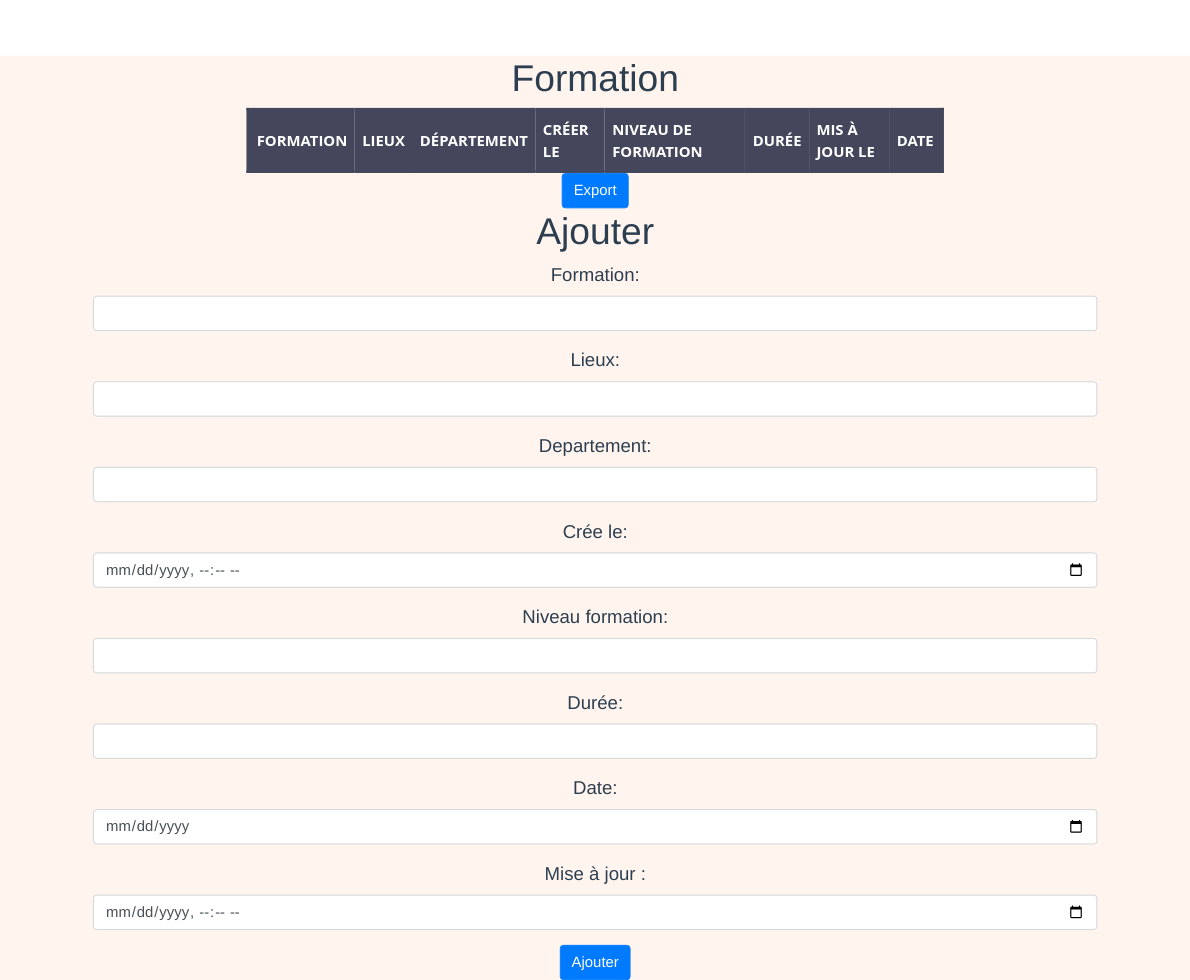
Repository: BaldeThierno1990/Projet-1-formation-tableau-generique-vue-export
Page: / (app in mcc/)
The author's editor kept a copy of each file at every save. The page is drawn from the files as they stood at one save, then again after the next save.
The browser window is 1280 px wide. The pictures show the whole page, at 93% of full size.
The page's requests for data from a server got no answer. The project was rebuilt for these pictures with package versions that can differ from the ones it lists, and the page was loaded fresh each time. No one was signed in, and anything a server would have sent is missing.

Above is the page before, as saved 2021-03-18 10:20:23.

### mcc/src/main.js
import Vue from 'vue'
import App from './App.vue'

import 'bootstrap';
import 'bootstrap/dist/css/bootstrap.min.css';

Vue.config.productionTip = false

new Vue({
  render: h => h(App),
}).$mount('#app')

### mcc/src/App.vue
<template>
  <div id="app">
    <Home></Home>
  </div>
</template>

<script>
import Home from "@/components/Home";

export default {
  name: 'App',
  components: {
    Home,
  }
}
</script>

<style>
#app {
  font-family: Avenir, Helvetica, Arial, sans-serif;
  -webkit-font-smoothing: antialiased;
  -moz-osx-font-smoothing: grayscale;
  text-align: center;
  color: #2c3e50;
  margin-top: 60px;
}
</style>

### mcc/src/components/Home.vue
<template>
    <div class="home">
        <h1>Formation</h1>
    <!-- <p v-for="formation in info" :key="formation">
        {{formation.Lieux}}
        {{formation.Departement}}
    </p> -->
<div style="margin:auto">
    <table id="firstTable">
  <thead>
    <tr>
      <th>Formation</th>
      <th>Lieux</th>
      <th>Département</th>
      <th>créer le </th>
      <th>Niveau de Formation</th>
      <th>Durée</th>
      <th>Mis à jour le</th>
      <th>Date</th>

    </tr>
  </thead>
  <tbody>
    <tr v-for="formation in info" :key="formation" >
      <td>{{formation.typeFormation}}</td>
      <td> {{formation.Lieux}}</td>
       <td> {{formation.Departement}}</td>
      <td>{{formation.createdAt}}</td>
       <td>{{formation.niveauFormation}}</td>
      <td>{{formation.dureeFormation}}</td>
       <td>{{formation.updateAt}}</td>
       <td>{{formation.Date}}</td>
    </tr>
  </tbody>
</table>
 <button type="button" id="btn" class="btn btn-primary" v-on:click="download">
      Export
    </button>
</div>
<Post-form></Post-form>
 </div>

</template>

<style scoped>
table {
  font-family: 'Open Sans', sans-serif;
  width: 750px;
  border-collapse: collapse;
  border: 3px solid #44475C;
  margin: auto;
}

table th {
  text-transform: uppercase;
  text-align: left;
  background: #44475C;
  color: #FFF;
  padding: 8px;
  min-width: 30px;
}

table td {
  text-align: left;
  padding: 8px;
  border-right: 2px solid #7D82A8;
}
table td:last-child {
  border-right: none;
}
table tbody tr:nth-child(2n) td {
  background: #D4D8F9;
}
.download-btn{
  background-color: lime;
  margin-top: 20px;
}
.home{
 background-color: seashell;
}
</style>
<script>
// import API from "@/services/api.js";
import axios from 'axios';
import XLSX from "xlsx";
import PostForm from '@/components/Post-form';
export default {
  components: {
      PostForm
  },
  data() {
    return {
       info: null,

    }
  },
   mounted () {
       var self = this;
    axios
      .get('http://localhost:8000/api/formations.json')
      .then(function (response){
          self.info = response.data
        //  console.log(response.data)

      })
  },
  methods: {
    download: function () {
      const data = XLSX.utils.json_to_sheet(this.info);
      const wb = XLSX.utils.book_new();
      XLSX.utils.book_append_sheet(wb, data, "data");
      XLSX.writeFile(wb, "formation.xlsx");
    },
  },

}
</script>

### mcc/src/components/Post-form.vue
<template>
    <div>
        <h1>Ajouter</h1>
        <div class="form">

        <form @submit.prevent="postData" method="post">
            <!-- <form v-on:submit.prevent="postData"> -->
            <div class="mb-3">
            <label for="mon_id">Formation:</label>
            <input type="text" name="type_formation" class="form-control"  v-model="posts.typeFormation">
            </div>
             <div class="mb-3">
            <label for="mon_id">Lieux:</label>
            <input type="text" name="lieux" class="form-control"  v-model="posts.Lieux">
             </div>
              <div class="mb-3">
            <label for="mon_id">Departement:</label>
            <input name="departement" class="form-control"   v-model.number="posts.Departement">
              </div>
               <div class="mb-3">
            <label for="mon_id">Crée le:</label>
            <input type="datetime-local" name="update_at" class="form-control"  v-model="posts.createdAt">
               </div>
                <div class="mb-3">
            <label for="mon_id">Niveau formation:</label>
            <input type="text" name="niveau_formation" class="form-control"  v-model="posts.niveauFormation">
                </div>
                 <div class="mb-3">
            <label for="mon_id">Durée:</label>
            <input name="durée_formation" class="form-control"  v-model.number="posts.dureeFormation">
                 </div>
                  <div class="mb-3">
            <label for="mon_id">Date:</label>
            <input type="date" name="Date" class="form-control"  v-model="posts.Date">
                  </div>
                   <div class="mb-3">
            <label for="mon_id">Mise à jour :</label>
            <input type="datetime-local" name="update_at" class="form-control"  v-model="posts.updateAt">
                   </div>
            <button type="submit" class="btn btn-primary">Ajouter</button>
        </form>
    </div>
    </div>
</template>

<script>
import Vue from 'vue'
import axios from 'axios';
import VueAxios from 'vue-axios'
Vue.use(VueAxios, axios)
export default {
    data(){
        return{
            posts:{
                typeFormation:null,
                Lieux:null,
                Date:null,
                Departement:null,
                createdAt:null,
                niveauFormation:null,
                dureeFormation:null,
                updateAt:null,
            },

        }
    },
    methods:{
       postData(){
            axios.post('http://127.0.0.1:8000/api/formations', this.posts)

                 .then(() => {
                     //Perform Success Action
                 })
                 .catch(() => {
                     // error.response.status Check status code
                 }).finally(() => {
                     //Perform action in always
                 });

        },
    }
}


</script>

<style>
.form{
    margin-right: 100px;
    margin-left: 100px;
}
label{
    font-size: 20px;
}
</style>

Loaded but not shown: mcc/public/index.html (common file)

After the next save:
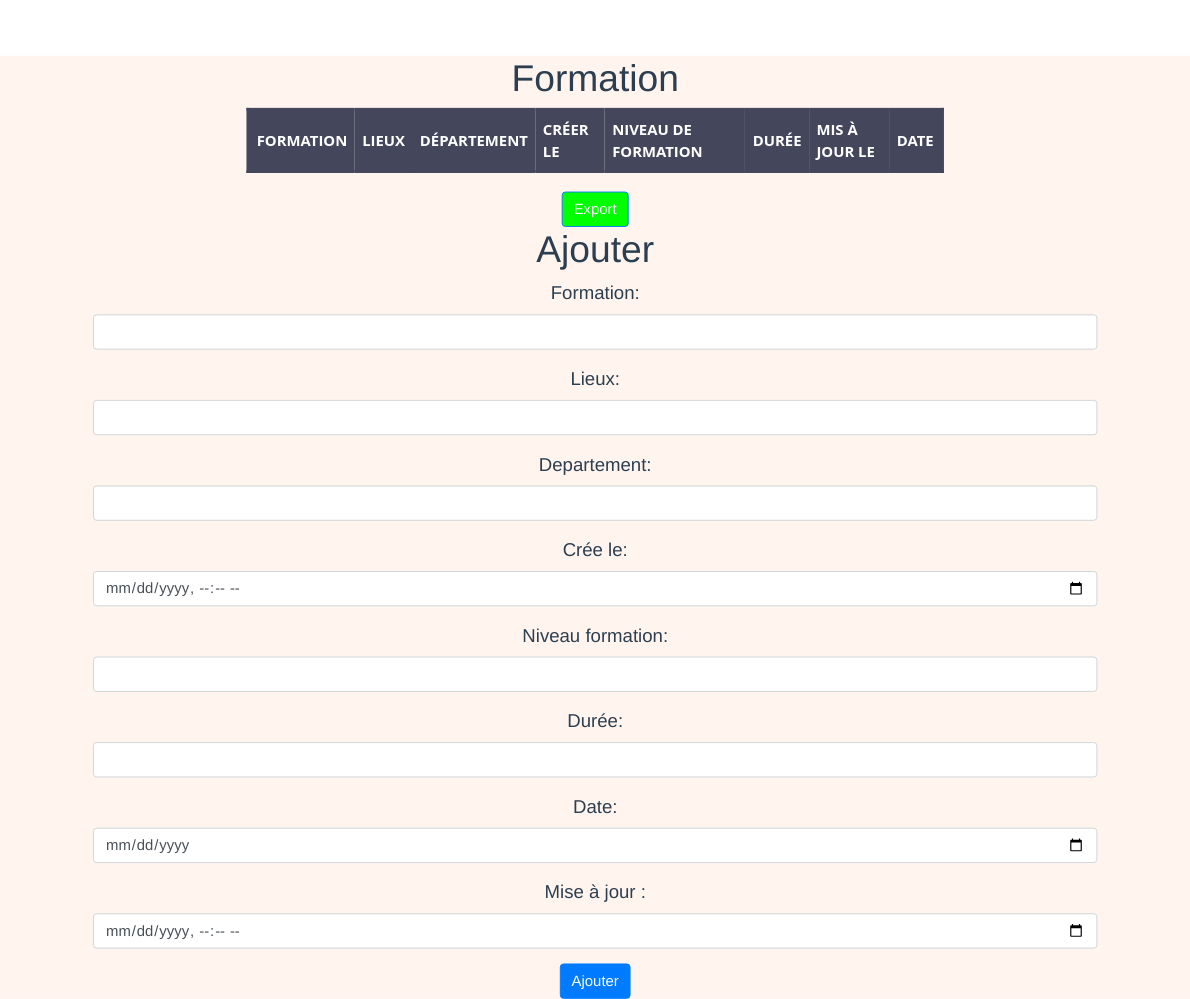
Saved 13 s later.
--- a/mcc/src/components/Home.vue
+++ b/mcc/src/components/Home.vue
@@ -71,7 +71,7 @@
 table tbody tr:nth-child(2n) td {
   background: #D4D8F9;
 }
-.download-btn{
+#btn{
   background-color: lime;
   margin-top: 20px;
 }
